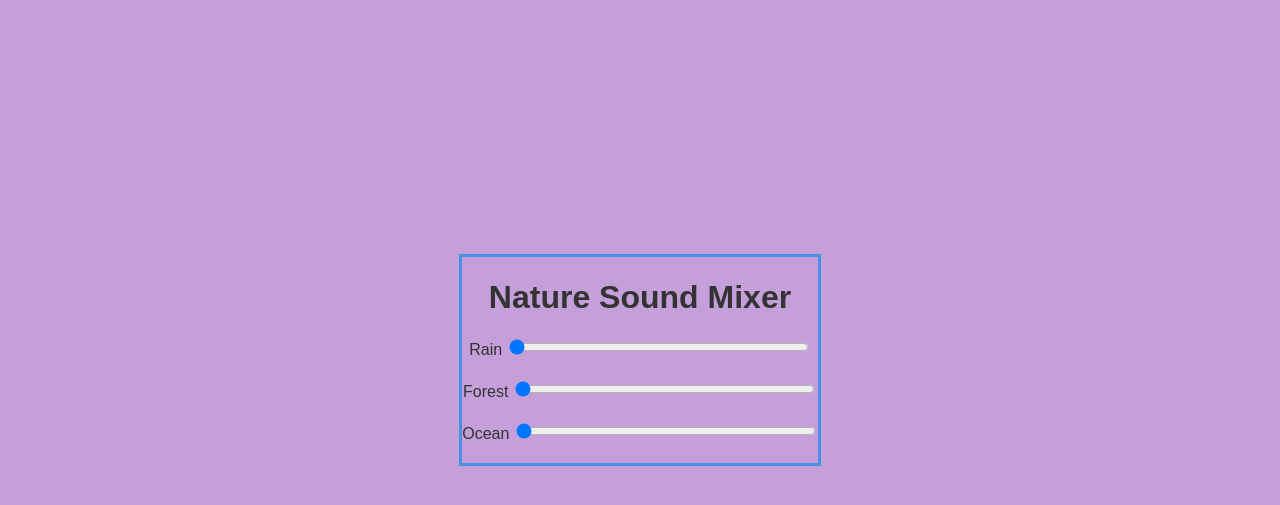
Repository: Suonii/nature-sound-mixer
Page: index.html
The author's editor kept a copy of each file at every save. The page is drawn from the files as they stood at one save, then again after the next save.
The browser window is 1280 px wide. The pictures show the whole page.

Above is the page before, as saved 2024-07-24 11:56:58.

After the next save:
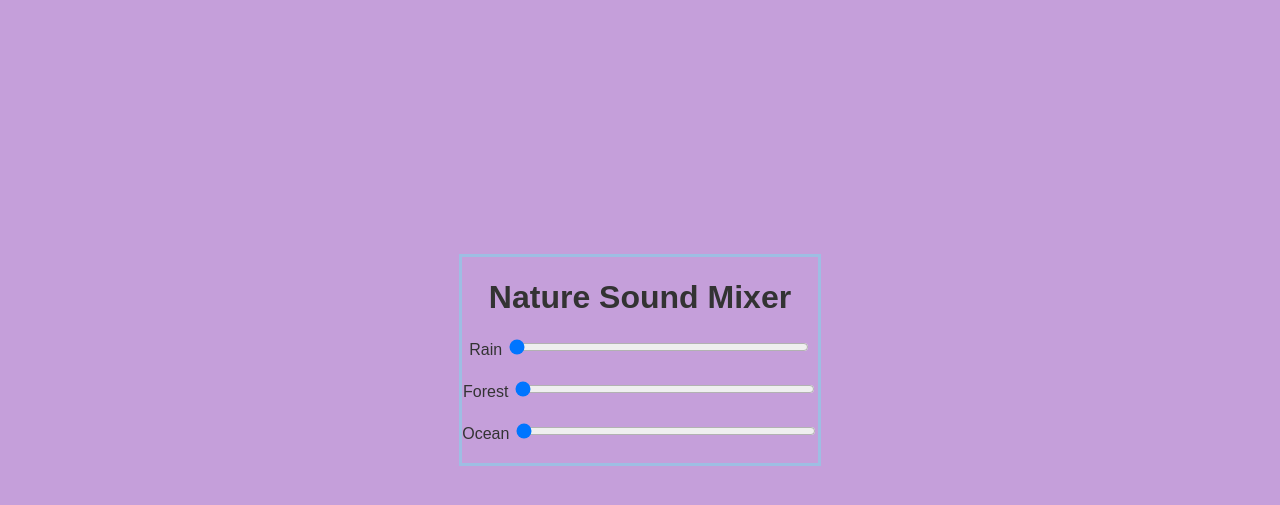
Saved 11 s later.
--- a/styles.css
+++ b/styles.css
@@ -23,7 +23,7 @@ body {
     /*Adds space between each control section*/
     margin: 20px 0;
     /*adds a borders around the container*/
-    border: 3px solid #4a90e2; /* border color; you can customize as needed*/
+    border: 3px solid #9ebee3; /* border color; you can customize as needed*/
 }
 
 /*styles for each sound control section*/
